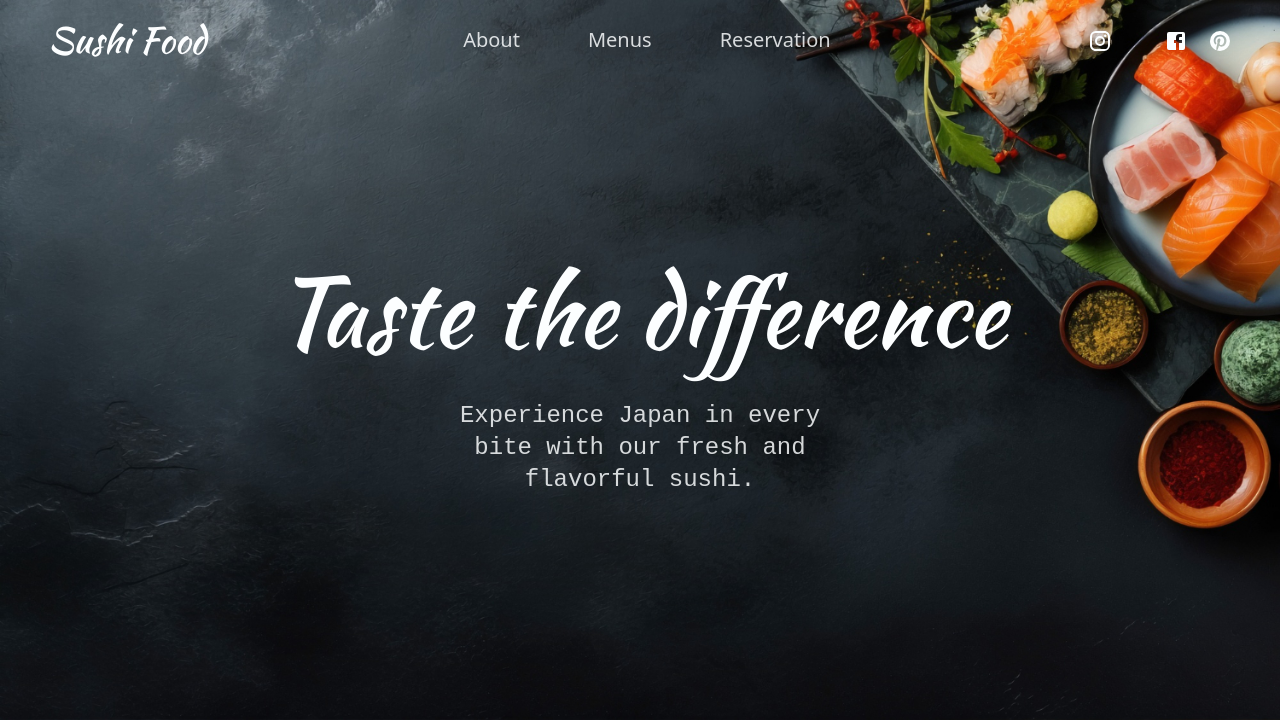
Repository: Adrien-legeleu/sushi-food
Page: /
The author's editor kept a copy of each file at every save. The page is drawn from the files as they stood at one save, then again after the next save.
The browser window is 1280 px wide. The pictures show the whole page.
Some web fonts or font styles are not loaded; a fallback is used. The project was rebuilt for these pictures with package versions that can differ from the ones it lists, and the page was loaded fresh each time. Also part of the build but not shown: vite.config.ts.

Above is the page before, as saved 2024-04-28 20:23:23.

After the next save:
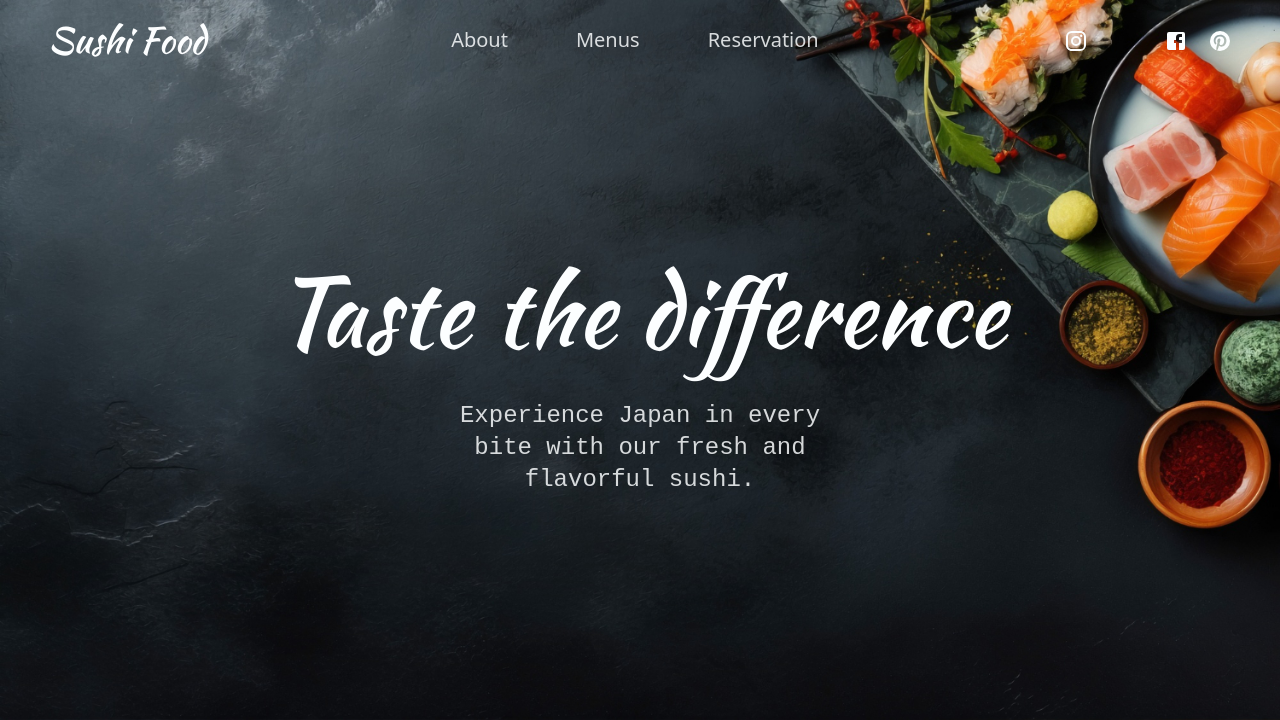
Saved 12 s later.
--- a/src/Components/Header.tsx
+++ b/src/Components/Header.tsx
@@ -11,7 +11,7 @@ export const Header =()=>{
                 <li className='cursor-pointer  duration-200 hover:bg-green rounded-full p-6 pt-2 pb-2'>Reservation</li>
             </ul>
             <ul className='flex items-center justify-between gap-5  text-whiteTitle'>
-                <li className='cursor-pointer w-14  duration-300 hover:scale-125'>
+                <li className='cursor-pointer w-20  duration-300 hover:scale-125'>
                     <InstagramIcon/>
 
 
